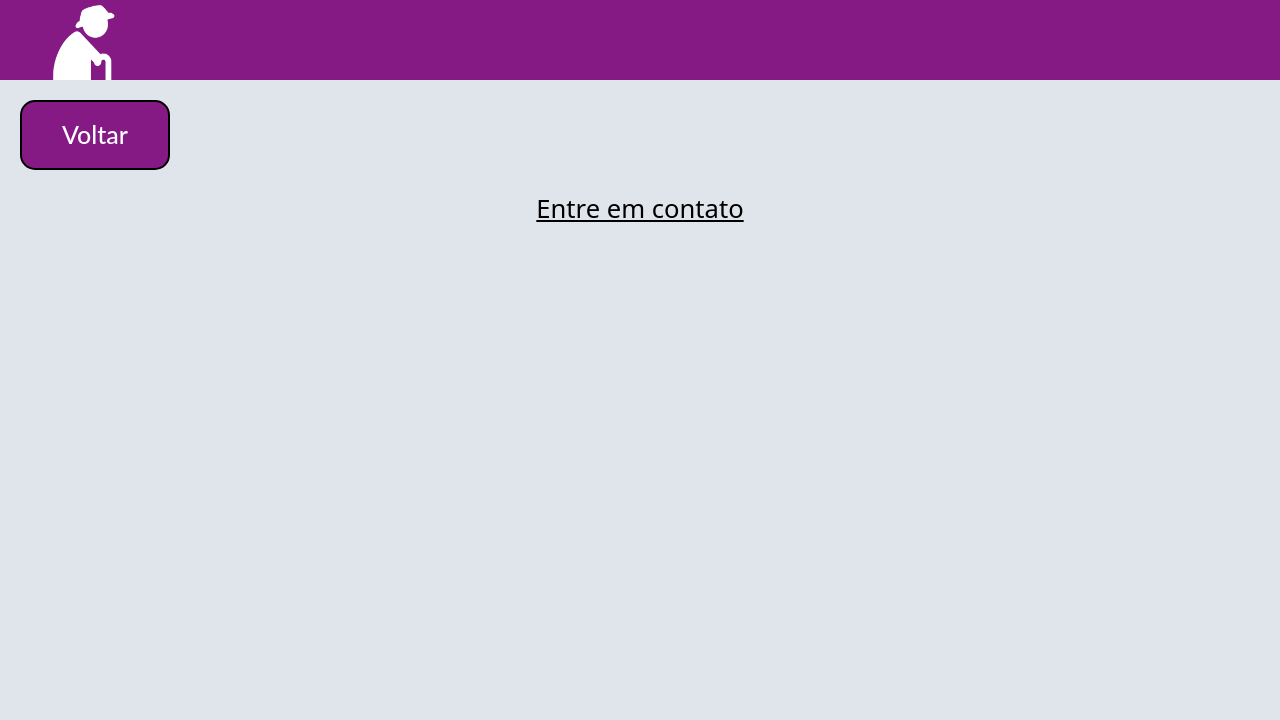
Repository: felipecampolina/TutoriTech
Page: codigo/Tutoritech/Tutoritech/src/main/resources/public/frontend/tutorial/index.html
These files come from the project's save history. The page is drawn as it stood at one moment and after the next save; the edit follows.
The browser window is 1280 px wide. The pictures show the whole page.
Some web libraries are served in a nearby version.

Above is the page before, as saved 2022-10-13 23:32:45.
Console error: ReferenceError: init is not defined

### codigo/Tutoritech/Tutoritech/src/main/resources/public/frontend/tutorial/index.html
<!DOCTYPE html>
<html lang="pt-br">
    <head>
        <meta charset="UTF-8" />
        <meta name="viewport" content="width=device-width, initial-scale=1.0" />
        <meta http-equiv="X-UA-Compatible" content="ie=edge" />
        <title>TutoriTec - Tutorial</title>
        <!-- CSS only -->
        <link
            href="https://cdn.jsdelivr.net/npm/bootstrap@5.1.3/dist/css/bootstrap.min.css"
            rel="stylesheet"
            integrity="sha384-1BmE4kWBq78iYhFldvKuhfTAU6auU8tT94WrHftjDbrCEXSU1oBoqyl2QvZ6jIW3"
            crossorigin="anonymous"
        />
        <link rel="stylesheet" href="style.css" />
        <link rel="stylesheet" href="template.css" />
    </head>

    <body onload="init()">
        <header>
            <div class="container-fluid cabecalho">
                <div class="row">
                    <div class="col-6">
                        <a href="/frontend/inicio-login/inicio.html">
                            <img
                                class="imagemprovisoria"
                                src="logo.png"
                                alt=""
                            />
                        </a>
                    </div>

                    <div class="col-6" id="nomeUsuario">
                        <div id="insertSair">

                        </div>
                    </div>

                </div>
            </div>
        </header>

        <main>
            <button onclick="goBack()" class="custom-btn btn-13" id="botaoVoltar" >Voltar</button>
            <div class="container" id="telaTutorial">
                <!-- Código inserido via spark -->
            </div>
            <div id="acontato">
                <a class="Contato" href="/frontend/EntreEmContato/contato.html">Entre em contato</a>
            </div>
        </main>

        <footer class="container"></footer>

        <script src="https://ajax.googleapis.com/ajax/libs/jquery/1.8.3/jquery.min.js"></script>
        <script src="app.js"></script>
        <script
            src="https://cdn.jsdelivr.net/npm/bootstrap@5.1.3/dist/js/bootstrap.bundle.min.js"
            integrity="sha384-ka7Sk0Gln4gmtz2MlQnikT1wXgYsOg+OMhuP+IlRH9sENBO0LRn5q+8nbTov4+1p"
            crossorigin="anonymous"
        ></script>
    </body>
</html>

### codigo/Tutoritech/Tutoritech/src/main/resources/public/frontend/tutorial/style.css
	#bot-nome {
		background:none;
		font-size:x-large;
		margin: 0;
		padding: 0;
		border: 0;
	}

    .bot-area {
		min-width: 300px;
		text-align:center;
		background-color:darkviolet;
		padding-top:5px;
		padding-left:5px;
		padding-right:5px;
		border-top:5px;
		border-radius: 20px;
		z-index: 1;
		position: fixed;
		top: 102%;
  		left: 99%;
  		transform: translate(-99%, -102%);
	}

	@media screen and (max-width:480px) {
    	.bot-area {
			z-index: 1;
			position: fixed;
			top: 102%;
  			left: 50%;
  			transform: translate(-50%, -102%);
		}
	}


header{
    background-color: rgb(51, 88, 162);
    height: 80px;
}

.container {
    text-align: center;
}

body {
    background: #e0e5ec;
}

#title{
    font-size: 50px;
    text-align: center;
    margin-top: -30px;
    margin-bottom: 20px;
}

main{
    margin-bottom: 4%;
}

button {
    margin: 20px;
    outline: none;
}

.custom-btn {
    width: 220px;
    height: 150px;
    padding: 10px 25px;
    border: 2px solid #000;
    font-family: 'Lato', sans-serif;
    font-weight: 300;
    background: transparent;
    cursor: pointer;
    transition: all 0.3s ease;
    position: relative;
    display: inline-block;
}

/* 13 */

.btn-13 {
   background: rgb(51, 88, 162);
   color: #fff;
   z-index: 1;
   font-size: 25px;
}

#btn-area .btn-13{
    min-width: 500px;
    max-height: 100px;
    margin: 10px;
}

#btn-infos .btn-13{
    max-height: 100px;
}

#comprar {
    max-height: 50px !important;
    font-size: 20px !important;
}

#btn-infos{
    margin-top: 40px;
}

.btn-13:after {
   position: absolute;
   content: "";
   width: 100%;
   height: 0;
   bottom: 0;
   left: 0;
   z-index: -1;
    background: #e0e5ec;
   transition: all 0.3s ease;
}

 .btn-13:hover {
   color: #000;
}

 .btn-13:hover:after {
   top: 0;
   height: 100%;
}

 .btn-13:active {
   top: 2px;
}

#botaoVoltar {
    height: 70px;
    width:150px;
    position: relative;
}

a.Contato{
    width:100%;
    height:60px;
    font-size: x-large;
    color: black;
    margin-top: 10px;
    text-decoration: underline;
}

#acontato{
    text-align: center;
}

#textoTutorial {
    max-width:550px;
    margin: 0 auto;
    margin-top: 20px;
    text-align: justify;
}

#divVideo {
    max-width: 550px;
    margin: 0 auto;
}

@media screen and (max-width: 600px) {
    #btn-area .btn-13{
        min-width: 300px;
        max-height: 100px;
        margin: 10px;
    }
}

@media screen and (max-width: 340px) {
    #btn-area .btn-13{
        min-width: 180px;
        max-height: 100px;
        margin: 10px;
    }

    #title{
        font-size: 40px;
    }
}

### codigo/Tutoritech/Tutoritech/src/main/resources/public/frontend/tutorial/template.css

header{
    background-color: rgb(133, 26, 133);
    height: 80px;
}
.imagemprovisoria{
  margin-top: 5px;
  margin-left: 6%;
  width: 70px;
  height: 75px !important;
}
.cabecalho p{
  color:white;
}
.cabecalho p a{
  color:white;
}

.nomeUsuario p{
  padding-top: 22px;
  padding-right: 20px;
  text-align: right !important;
}

#insertSair p{
  padding-top: 22px;
  padding-right: 20px;
  text-align: right !important;
}



body {
    background: #e0e5ec;
}
p {
  color: #676767;
}
.frame {
  width: 90%;
  margin: 40px auto;
}
button {
  outline: none;
}
.custom-btn {
  padding: 10px 25px;
  border: 2px solid #000;
  font-family: 'Lato', sans-serif;
  font-weight: 500;
  background: transparent;
  cursor: pointer;
  transition: all 0.3s ease;
  position: relative;
  display: inline-block;
  border-radius: 15px;
}
/* 13 */
.btn-13 {
  background: rgb(133, 26, 133);
  color: #fff;
  z-index: 1;
}
.btn-13:after {
  position: absolute;
  content: "";
  width: 100%;
  height: 0;
  bottom: 0;
  left: 0;
  z-index: -1;
  background-color: #e0e5ec;
  transition: all 0.3s ease;
  border-radius: 15px;
}
.btn-13:hover {
  color: #000;
}
.btn-13:hover:after {
  top: 0;
  height: 100%;
}
.btn-13:active {
  top: 2px;
}
.divcontato
{
  text-align: center;
  margin-top: 50px;
  margin-bottom: 30px;
}

a.Contato{

  bottom:0;
  width:100%;
  height:8%;
  font-size: 160%;
  color: black;
  text-align: center;
  margin-top: 1%;

    text-decoration: underline;
  }

  #botaoVoltar {
    height: 70px;
    width:150px;
    position: relative;
}

Loaded but not shown: codigo/Tutoritech/Tutoritech/src/main/resources/public/frontend/tutorial/app.js (no copy from this time; the picture is the same without it)

After the next save:
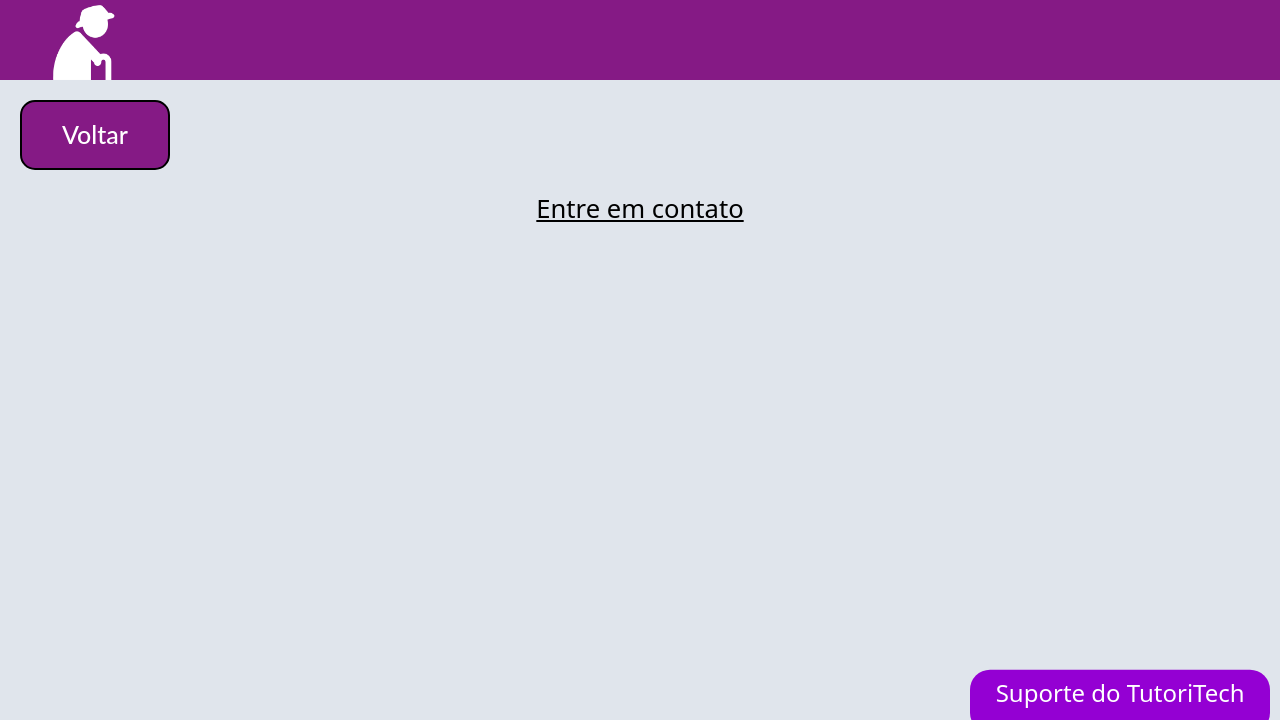
Saved 48 s later.
--- a/codigo/Tutoritech/Tutoritech/src/main/resources/public/frontend/tutorial/index.html
+++ b/codigo/Tutoritech/Tutoritech/src/main/resources/public/frontend/tutorial/index.html
@@ -21,7 +21,7 @@
             <div class="container-fluid cabecalho">
                 <div class="row">
                     <div class="col-6">
-                        <a href="/frontend/inicio-login/inicio.html">
+                        <a href="/frontend/inicio-login/inicio">
                             <img
                                 class="imagemprovisoria"
                                 src="logo.png"
@@ -32,8 +32,8 @@
 
                     <div class="col-6" id="nomeUsuario">
                         <div id="insertSair">
-
-                        </div>
+                    		<inserir-sair>
+                    	</div>
                     </div>
 
                 </div>
@@ -44,10 +44,14 @@
             <button onclick="goBack()" class="custom-btn btn-13" id="botaoVoltar" >Voltar</button>
             <div class="container" id="telaTutorial">
                 <!-- Código inserido via spark -->
+                <tutorial>
             </div>
             <div id="acontato">
-                <a class="Contato" href="/frontend/EntreEmContato/contato.html">Entre em contato</a>
+                <a class="Contato" href="/frontend/EntreEmContato/contato">Entre em contato</a>
             </div>
+			<div class="bot-area">
+    			<button onclick="abrirBot()" id="bot-nome" style="color:#ffffff; margin-bottom: 22px">Suporte do TutoriTech</button>
+    		</div>
         </main>
 
         <footer class="container"></footer>
